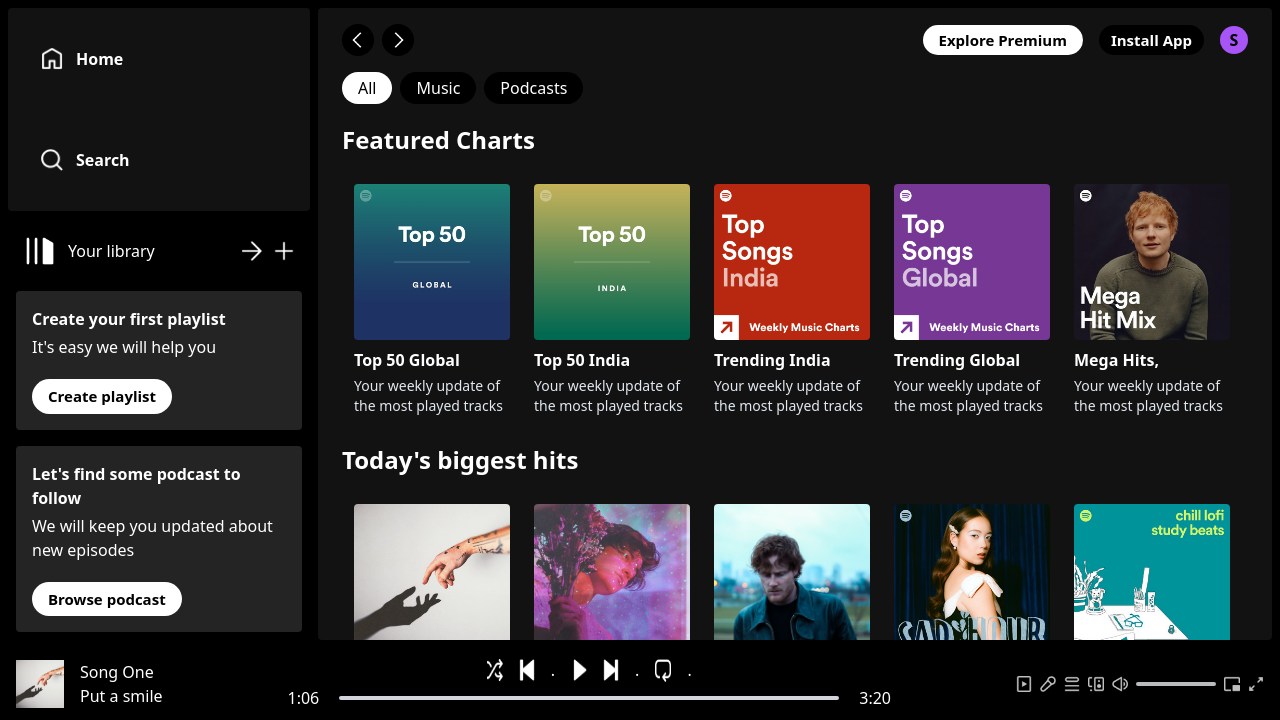
Repository: duttasayan835/Spotify_clone
Page: /
These files come from the project's save history. The page is drawn as it stood at one moment and after the next save; the edit follows.
The browser window is 1280 px wide. The pictures show the whole page.
An inner scrolling area shows only its first screen. The project was rebuilt for these pictures with package versions that can differ from the ones it lists, and the page was loaded fresh each time. Also part of the build but not shown: vite.config.js, src/Components/DisplayAlbum.jsx. Imported but missing from the stored project, and not drawn on this page: src/assets/song1.mp3, src/assets/song2.mp3, src/assets/song3.mp3.

Above is the page before, as saved 2024-08-11 22:02:57.

### src/main.jsx
import { StrictMode } from "react";
import { createRoot } from "react-dom/client";
import App from "./App.jsx";
import "./index.css";
// eslint-disable-next-line no-unused-vars
import { BrowserRouter } from "react-router-dom";
import PlayerContextProvider from "./Context/PlayerContext.jsx";

createRoot(document.getElementById("root")).render(
  <StrictMode>
    <BrowserRouter>
      <PlayerContextProvider>
        <App />
      </PlayerContextProvider>
    </BrowserRouter>
  </StrictMode>
);

### src/App.jsx
//<<<<<<< ⌬ Tabnine Instruct <<<<<<<
// eslint-disable-next-line no-unused-vars
import React, { useContext } from "react";
//>>>>>>> ⌬ Tabnine Instruct >>>>>>>
import Sidebar from "./Components/Sidebar";
import Player from "./Components/Player";
import Display from "./Components/Display";
import { PlayerContext } from "./Context/PlayerContext";
const App = () => {
  const { audioRef, track } = useContext(PlayerContext);
  return (
    <div className="h-screen bg-black">
      <div className="h-[90%] flex">
        <Sidebar />
        <Display />
      </div>
      <Player />
      <audio ref={audioRef} src={track.file} preload="auto"></audio>
    </div>
  );
};

export default App;

### src/Context/PlayerContext.jsx
import { createContext, useRef, useState } from "react";
import { songsData } from "../assets/assets";
export const PlayerContext = createContext();
const PlayerContextProvider = (props) => {
  const audioRef = useRef();
  const SeekBg = useRef();
  const SeekBar = useRef();

  const [track, setTrack] = useState(songsData[0]);
  const [playStatus, setPlayStatus] = useState(false);
  const [time, setTime] = useState({
    currentTime: { seconds: 0, minute: 0 },
    totalTime: { seconds: 0, minute: 0 },
  });
  const play = () => {
    audioRef.current.play();
    setPlayStatus(true);
  };
  const pause = () => {
    audioRef.current.pause();
    setPlayStatus(false);
  };

  const contextValue = {
    audioRef,
    SeekBar,
    SeekBg,
    track,
    setTrack,
    playStatus,
    setPlayStatus,
    time,
    setTime,
    play,
    pause,
  };
  return (
    <PlayerContext.Provider value={contextValue}>
      {props.children}
    </PlayerContext.Provider>
  );
};
export default PlayerContextProvider;

### src/Components/Sidebar.jsx
// eslint-disable-next-line no-unused-vars
import React from "react";
import { assets } from "../assets/assets";
import { useNavigate } from "react-router-dom";
const sidebar = () => {
  const navigate = useNavigate();
  return (
    <div className="w-[25%] h-full p-2 flex-col gap-2 text-white hidden lg:flex ">
      <div className="bg-[#121212] h-[50%] rounded flex flex-col justify-around">
        <div
          onClick={() => navigate("/")}
          className="flex items-center gap-3 pl-8 cursor-pointer"
        >
          <img className="w-6" src={assets.home_icon} alt="" />
          <p className="font-bold ">Home</p>
        </div>
        <div className="flex items-center gap-3 pl-8 cursor-pointer">
          <img className="w-6" src={assets.search_icon} alt="" />
          <p className="font-bold ">Search</p>
        </div>
      </div>
      <div className="bg-[#121212 h-[85%] rounded">
        <div className="flex items-center justify-between p-4">
          <div className="flex items-center gap-3">
            <img className="w-8 " src={assets.stack_icon} alt="" />
            <p className="font">Your library</p>
          </div>
          <div className="flex items-center gap-3">
            <img className="w-5" src={assets.arrow_icon} alt="" />
            <img className="w-5" src={assets.plus_icon} alt="" />
          </div>
        </div>
        <div className="p-4 bg-[#242424] m-2 rounded font-semibold flex flex-col items-start justify-start gap-1 pl-4 ">
          <h1>Create your first playlist</h1>
          <p className="font-light">It's easy we will help you</p>
          <button className="px-4 py-1.5 bg-white text-[15px] text-black rounded-full mt-4">
            Create playlist
          </button>
        </div>
        <div className="p-4 bg-[#242424] m-2 rounded font-semibold flex flex-col items-start justify-start gap-1 pl-4 mt-4">
          <h1>Let's find some podcast to follow</h1>
          <p className="font-light">
            We will keep you updated about new episodes
          </p>
          <button className="px-4 py-1.5 bg-white text-[15px] text-black rounded-full mt-4">
            Browse podcast
          </button>
        </div>
      </div>
    </div>
  );
};

export default sidebar;

### src/Components/Player.jsx
// eslint-disable-next-line no-unused-vars
import React, { useContext } from "react";
import { assets, songsData } from "../assets/assets";
import { PlayerContext } from "../Context/PlayerContext";

const Player = () => {
  const { SeekBar, SeekBg, playStatus, play, pause } =
    useContext(PlayerContext);

  return (
    <div className="h-[10%] bg-black flex justify-between items-center text-white px-4 ">
      <div className="hidden gap-4 lg:flex item-center ">
        <img className="w-12" src={songsData[0].image} alt="" />
        <div>
          <p>{songsData[0].name}</p>
          <p>{songsData[0].desc.slice(0, 12)}</p>
        </div>
      </div>
      <div className="flex flex-col items-center gap-1 m-auto">
        <div className="flex gap-4">
          <img
            className="w-4 cursor-pointer"
            src={assets.shuffle_icon}
            alt=""
          />
          <img className="w-4 cursor-pointer" src={assets.prev_icon} alt="" />.
          {playStatus ? (
            <img
              onClick={pause}
              className="w-4 cursor-pointer"
              src={assets.pause_icon}
              alt=""
            />
          ) : (
            <img
              onClick={play}
              className="w-4 cursor-pointer"
              src={assets.play_icon}
              alt=""
            />
          )}
          <img className="w-4 cursor-pointer" src={assets.next_icon} alt="" />.
          <img className="w-4 cursor-pointer" src={assets.loop_icon} alt="" />.
        </div>
        <div className="flex items-center gap-5">
          <p>1:06</p>
          <div
            ref={SeekBg}
            className="w-[60vw] max-w-[500px] bg-gray-300 rounded-full cursor-pointer"
          >
            <hr
              ref={SeekBar}
              className="w-0 h-1 bg-green-800 border-none rounded-full "
            />
          </div>
          <p>3:20</p>
        </div>
      </div>
      <div className="items-center hidden gap-2 opacity-75 lg:flex">
        <img className="w-4" src={assets.plays_icon} alt="" />
        <img className="w-4" src={assets.mic_icon} alt="" />
        <img className="w-4" src={assets.queue_icon} alt="" />
        <img className="w-4" src={assets.speaker_icon} alt="" />
        <img className="w-4" src={assets.volume_icon} alt="" />
        <div className="w-20 h-1 rounded bg-slate-50"></div>
        <img className="w-4" src={assets.mini_player_icon} alt="" />
        <img className="w-4" src={assets.zoom_icon} alt="" />
      </div>
    </div>
  );
};

export default Player;

### src/Components/Display.jsx
// eslint-disable-next-line no-unused-vars
import React, { useEffect, useRef } from "react";
import { Route, Routes, useLocation } from "react-router-dom";
import DisplayHome from "./DisplayHome";
import DisplayAlbum from "./DisplayAlbum";
import { albumsData } from "../assets/assets";

const Display = () => {
  const displayRef = useRef();
  const location = useLocation();
  const isAlbum = location.pathname.includes("album");
  const albumId = isAlbum ? location.pathname.slice(-1) : "";
  const bgColor = albumsData[Number(albumId)].bgColor;

  useEffect(() => {
    if (isAlbum) {
      displayRef.current.style.backgroundColor = `linear - gradient(${bgColor},#121212)`;
    } else {
      displayRef.current.style.backgroundColor = `#121212`;
    }
  });
  return (
    <div
      ref={displayRef}
      className="w-[100%] m-2 px-6 pt-4 rounded bg-[#121212] text-white overflow-auto lg:w-[75%] lg:ml-0"
    >
      <Routes>
        <Route path="/" element={<DisplayHome />} />
        <Route path="/album/:id" element={<DisplayAlbum />} />
      </Routes>
    </div>
  );
};

export default Display;

### src/assets/assets.js
import bell_icon from "./bell.png";
import home_icon from "./home.png";
import like_icon from "./like.png";
import loop_icon from "./loop.png";
import mic_icon from "./mic.png";
import next_icon from "./next.png";
import play_icon from "./play.png";
import pause_icon from "./pause.png";
import plays_icon from "./plays.png";
import prev_icon from "./prev.png";
import search_icon from "./search.png";
import shuffle_icon from "./shuffle.png";
import speaker_icon from "./speaker.png";
import stack_icon from "./stack.png";
import zoom_icon from "./zoom.png";
import plus_icon from "./plus.png";
import arrow_icon from "./arrow.png";
import mini_player_icon from "./mini-player.png";
import queue_icon from "./queue.png";
import volume_icon from "./volume.png";
import arrow_right from "./right_arrow.png";
import arrow_left from "./left_arrow.png";
import spotify_logo from "./spotify_logo.png";
import clock_icon from "./clock_icon.png";
import img1 from "./img1.jpg";
import img2 from "./img2.jpg";
import img3 from "./img3.jpg";
import img4 from "./img4.jpg";
import img5 from "./img5.jpg";
// eslint-disable-next-line no-unused-vars
import img6 from "./img6.jpg";
import img7 from "./img7.jpg";
import img8 from "./img8.jpg";
import img9 from "./img9.jpg";
import img10 from "./img10.jpg";
import img11 from "./img11.jpg";
import img12 from "./img12.jpg";
// eslint-disable-next-line no-unused-vars
import img13 from "./img13.jpg";
import img14 from "./img14.jpg";
import img15 from "./img15.jpg";
import img16 from "./img16.jpg";
import song1 from "./song1.mp3";
import song2 from "./song2.mp3";
import song3 from "./song3.mp3";

export const assets = {
  bell_icon,
  home_icon,
  like_icon,
  loop_icon,
  mic_icon,
  next_icon,
  play_icon,
  plays_icon,
  prev_icon,
  search_icon,
  shuffle_icon,
  speaker_icon,
  stack_icon,
  zoom_icon,
  plus_icon,
  arrow_icon,
  mini_player_icon,
  volume_icon,
  queue_icon,
  pause_icon,
  arrow_left,
  arrow_right,
  spotify_logo,
  clock_icon,
};

export const albumsData = [
  {
    id: 0,
    name: "Top 50 Global",
    image: img8,
    desc: "Your weekly update of the most played tracks",
    bgColor: "#2a4365",
  },
  {
    id: 1,
    name: "Top 50 India",
    image: img9,
    desc: "Your weekly update of the most played tracks",
    bgColor: "#22543d",
  },
  {
    id: 2,
    name: "Trending India",
    image: img10,
    desc: "Your weekly update of the most played tracks",
    bgColor: "#742a2a",
  },
  {
    id: 3,
    name: "Trending Global",
    image: img16,
    desc: "Your weekly update of the most played tracks",
    bgColor: "#44337a",
  },
  {
    id: 4,
    name: "Mega Hits,",
    image: img11,
    desc: "Your weekly update of the most played tracks",
    bgColor: "#234e52",
  },
  {
    id: 5,
    name: "Happy Favorites",
    image: img15,
    desc: "Your weekly update of the most played tracks",
    bgColor: "#744210",
  },
];

export const songsData = [
  {
    id: 0,
    name: "Song One",
    image: img1,
    file: song1,
    desc: "Put a smile on your face with these happy tunes",
    duration: "3:00",
  },
  {
    id: 1,
    name: "Song Two",
    image: img2,
    file: song2,
    desc: "Put a smile on your face with these happy tunes",
    duration: "2:20",
  },
  {
    id: 2,
    name: "Song Three",
    image: img3,
    file: song3,
    desc: "Put a smile on your face with these happy tunes",
    duration: "2:32",
  },
  {
    id: 3,
    name: "Song Four",
    image: img4,
    file: song1,
    desc: "Put a smile on your face with these happy tunes",
    duration: "2:50",
  },
  {
    id: 4,
    name: "Song Five",
    image: img5,
    file: song2,
    desc: "Put a smile on your face with these happy tunes",
    duration: "3:10",
  },
  {
    id: 5,
    name: "Song Six",
    image: img14,
    file: song3,
    desc: "Put a smile on your face with these happy tunes",
    duration: "2:45",
  },
  {
    id: 6,
    name: "Song Seven",
    image: img7,
    file: song1,
    desc: "Put a smile on your face with these happy tunes",
    duration: "2:18",
  },
  {
    id: 7,
    name: "Song Eight",
    image: img12,
    file: song2,
    desc: "Put a smile on your face with these happy tunes",
    duration: "2:35",
  },
];

### src/Components/DisplayHome.jsx
// eslint-disable-next-line no-unused-vars
import React from "react";
import Navbar from "./Navbar";
import { albumsData, songsData } from "../assets/assets";
import AlbumItem from "./AlbumItem";
import SongItem from "./SongsItem";
const DisplayHome = () => {
  return (
    <>
      <Navbar />
      <div className="mb-4">
        <h1 className="my-5 text-2xl font-bold ">Featured Charts</h1>
        <div className="flex overflow-auto">
          {albumsData.map((item, index) => (
            <AlbumItem
              key={index}
              name={item.name}
              desc={item.desc}
              id={item.id}
              image={item.image}
            />
          ))}
        </div>
      </div>
      <div className="mb-4">
        <h1 className="my-5 text-2xl font-bold ">Today's biggest hits</h1>
        <div className="flex overflow-auto">
          {songsData.map((item, index) => (
            <SongItem
              key={index}
              name={item.name}
              desc={item.desc}
              id={item.id}
              image={item.image}
            />
          ))}
        </div>
      </div>
    </>
  );
};

export default DisplayHome;

### src/Components/Navbar.jsx
// eslint-disable-next-line no-unused-vars
import React from "react";
import { assets } from "../assets/assets";
import { useNavigate } from "react-router-dom";
const Navbar = () => {
  const navigate = useNavigate();
  return (
    <>
      <div className="flex items-center justify-between w-full font-semibold">
        <div className="flex items-center gap-2">
          <img
            onClick={() => navigate(-1)}
            className="w-8 p-2 bg-black cursor-pointer rounded-2xl"
            src={assets.arrow_left}
            alt=""
          />
          <img
            onClick={() => navigate(1)}
            className="w-8 p-2 bg-black cursor-pointer rounded-2xl"
            src={assets.arrow_right}
            alt=""
          />
        </div>
        <div className="flex items-center gap-4">
          <p className="bg-white text-black text-[15px] px-4 py-1 rounded-2xl hidden md:block cursor-pointer">
            Explore Premium
          </p>
          <p className="bg-black py-1 px-3 rounded-2xl text-[15px] cursor-pointer ">
            Install App
          </p>
          <p className="flex items-center justify-center text-black bg-purple-500 rounded-full w-7 h-7">
            S
          </p>
        </div>
      </div>
      <div className="flex items-center gap-2 mt-4">
        <p className="px-4 py-1 text-black bg-white cursor-pointer rounded-2xl">
          All
        </p>
        <p className="px-4 py-1 bg-black cursor-pointer rounded-2xl">Music</p>
        <p className="px-4 py-1 bg-black cursor-pointer rounded-2xl ">
          Podcasts
        </p>
      </div>
    </>
  );
};

export default Navbar;

### src/Components/AlbumItem.jsx
// eslint-disable-next-line no-unused-vars
import React from "react";
import { useNavigate } from "react-router-dom";

// eslint-disable-next-line react/prop-types
const AlbumItem = ({ image, name, desc, id }) => {
  const navigate = useNavigate();

  return (
    <div
      onClick={() => navigate(`/album/${id}`)}
      className="min-w-[180px] p-2 px-3 rounded cursor-pointer hover:bg[#ffffff26"
    >
      <img className="rounded" src={image} alt="" />
      <p className="mt-2 mb-1 font-bold ">{name}</p>
      <p className="text-sm text-slate-200">{desc}</p>
    </div>
  );
};

export default AlbumItem;

### src/Components/SongsItem.jsx
/* eslint-disable no-unused-vars */
import React from "react";

// eslint-disable-next-line react/prop-types
const SongItem = ({ name, image, desc, id }) => {
  return (
    <div className="min-w-[180px] p-2 px-3 rounded cursor-pointer hover:bg-[#ffffff26]">
      <img className="rounded" src={image} alt="" />
      <p className="mt-2 mb-1 font-bold">{name}</p>
      <p className="text-sm text-slate-200">{desc}</p>
    </div>
  );
};

export default SongItem;

Loaded but not shown: src/index.css (common file); tailwind.config.js (common file)

After the next save:
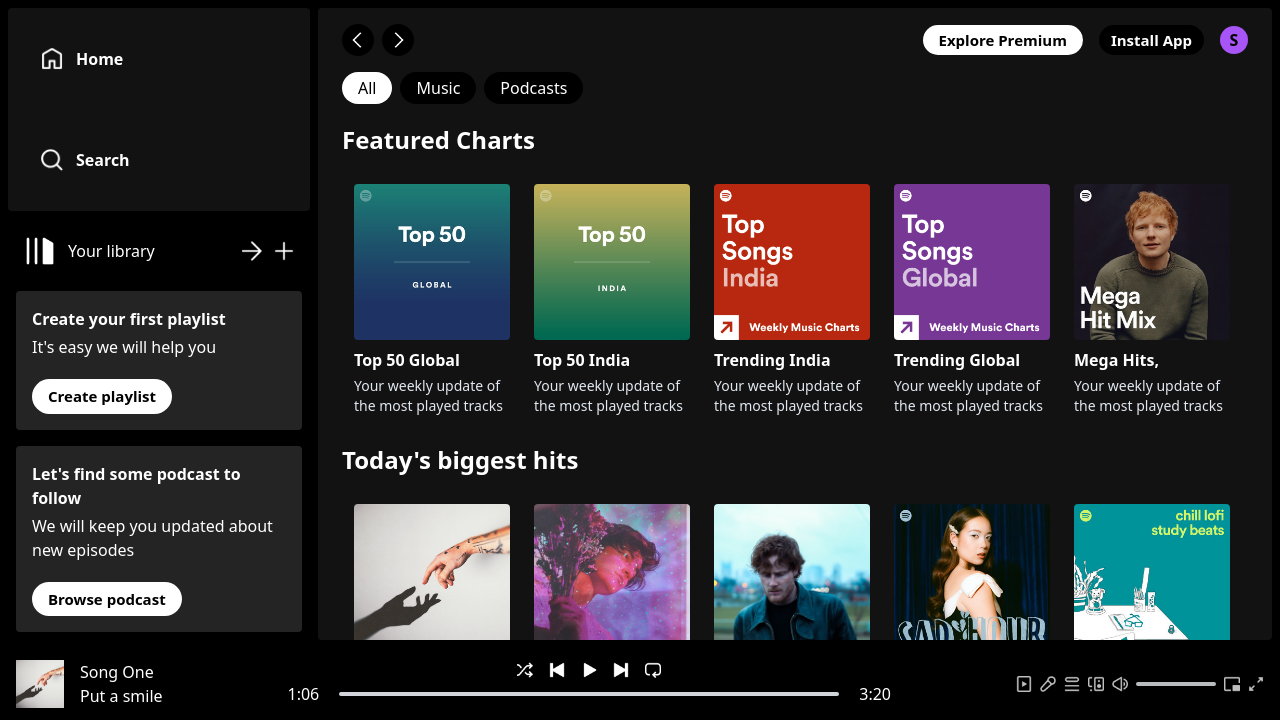
Saved 30 s later.
--- a/src/Components/Player.jsx
+++ b/src/Components/Player.jsx
@@ -23,7 +23,7 @@
             src={assets.shuffle_icon}
             alt=""
           />
-          <img className="w-4 cursor-pointer" src={assets.prev_icon} alt="" />.
+          <img className="w-4 cursor-pointer" src={assets.prev_icon} alt="" />
           {playStatus ? (
             <img
               onClick={pause}
@@ -39,8 +39,8 @@
               alt=""
             />
           )}
-          <img className="w-4 cursor-pointer" src={assets.next_icon} alt="" />.
-          <img className="w-4 cursor-pointer" src={assets.loop_icon} alt="" />.
+          <img className="w-4 cursor-pointer" src={assets.next_icon} alt="" />
+          <img className="w-4 cursor-pointer" src={assets.loop_icon} alt="" />
         </div>
         <div className="flex items-center gap-5">
           <p>1:06</p>
